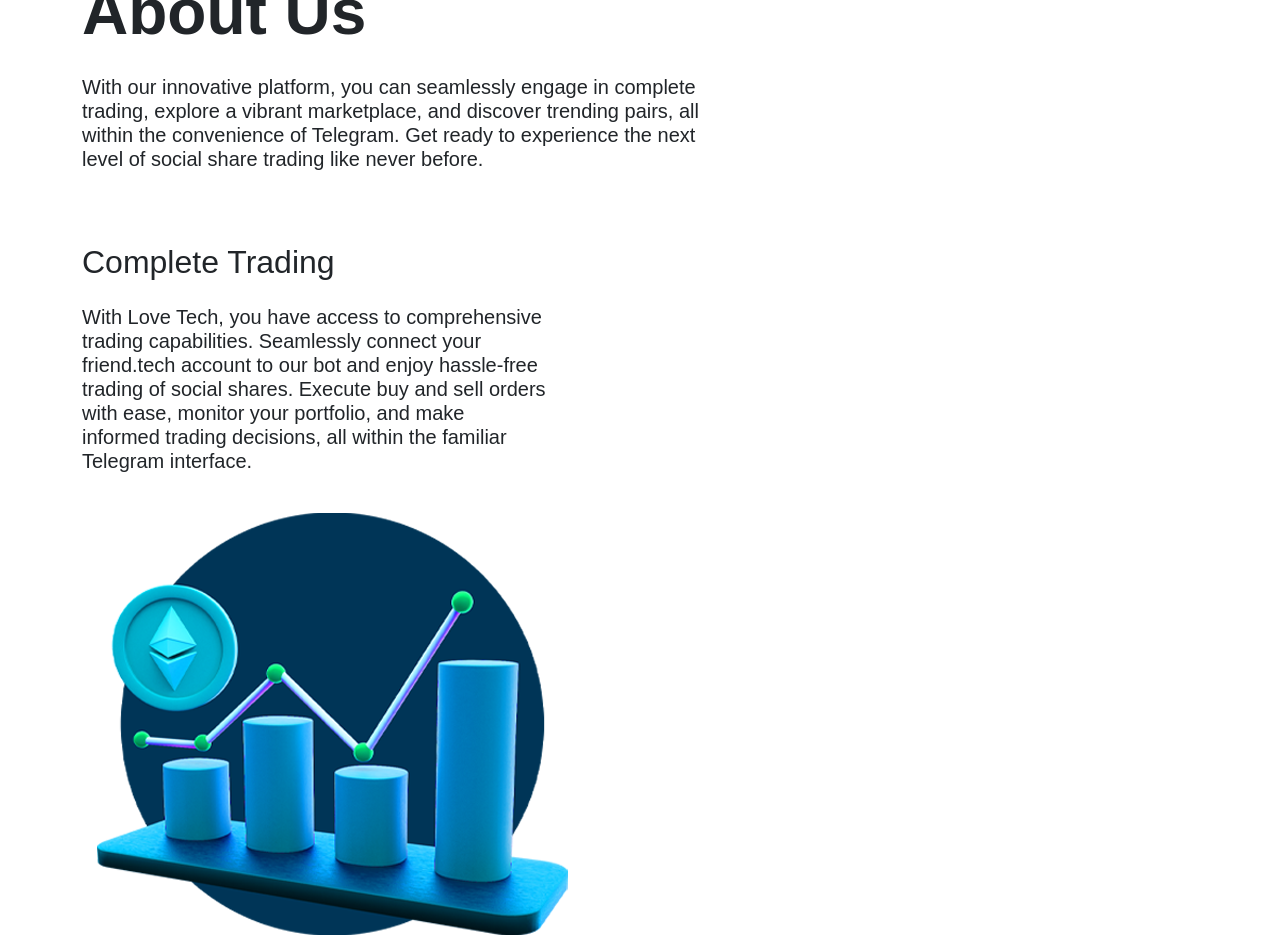
Repository: andinhle/lovetech
Page: index.html
An editor plug-in stored every save of this project. The page is shown before and after a run of saves, followed by the edit.
The browser window is 1280 px wide. The pictures show the part of the page from y = 1169 to 2121 px (the page is 2168 px tall before and 1914 px after).
A picture or video elsewhere on the page could not be fetched, so the positions and the page height are approximate.

Above is the page before, as saved 2023-08-21 21:51:06.

After the next 7 saves:
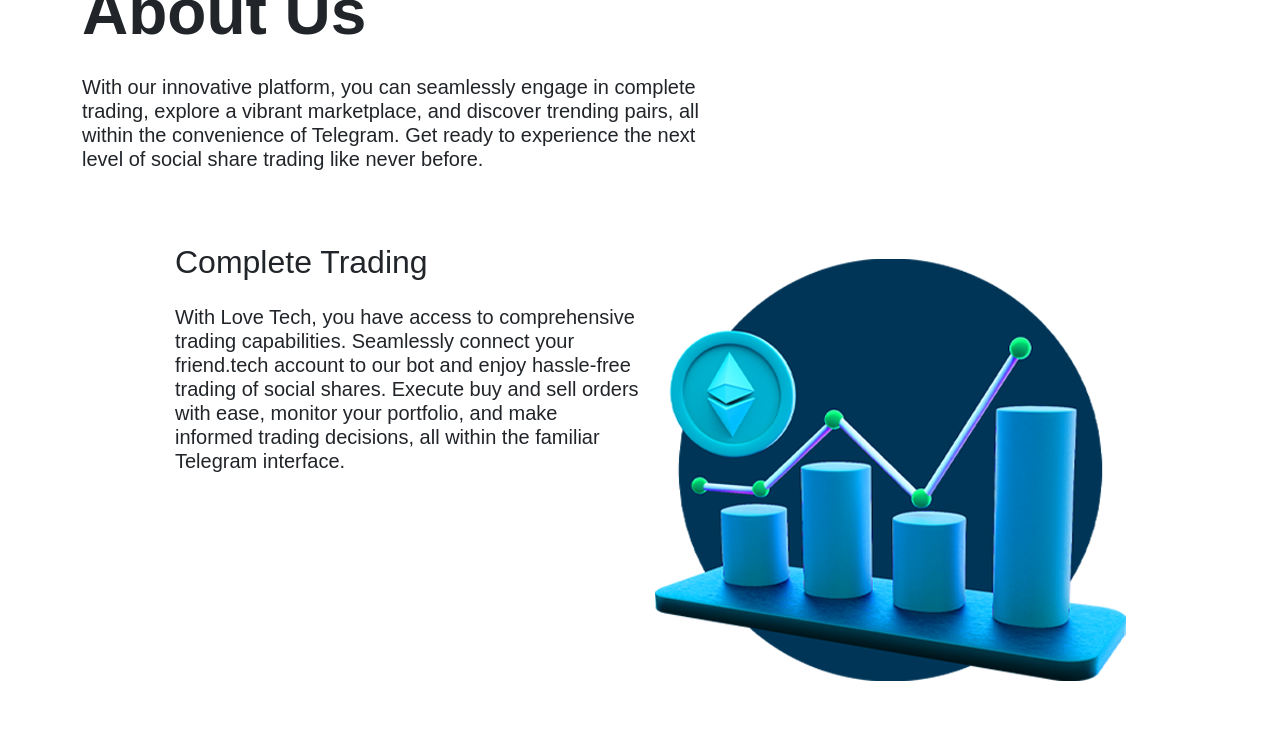
The 7 saves are shown as one change because they came seconds apart.
The last was saved 36 s later.
--- a/index.html
+++ b/index.html
@@ -91,7 +91,7 @@
                     </div>
                 </div>
                 <div class="row">
-                    <div class="col-md-12">
+                    <div class="col-md-12 d-flex justify-content-center">
                         <div class="col-md-5">
                             <h2>Complete Trading</h2>
                             <p class="h5 py-3">With Love Tech, you have access to comprehensive trading capabilities. Seamlessly connect your friend.tech account to our bot and enjoy hassle-free trading of social shares. Execute buy and sell orders with ease, monitor your portfolio, and make informed trading decisions, all within the familiar Telegram interface.</p>
